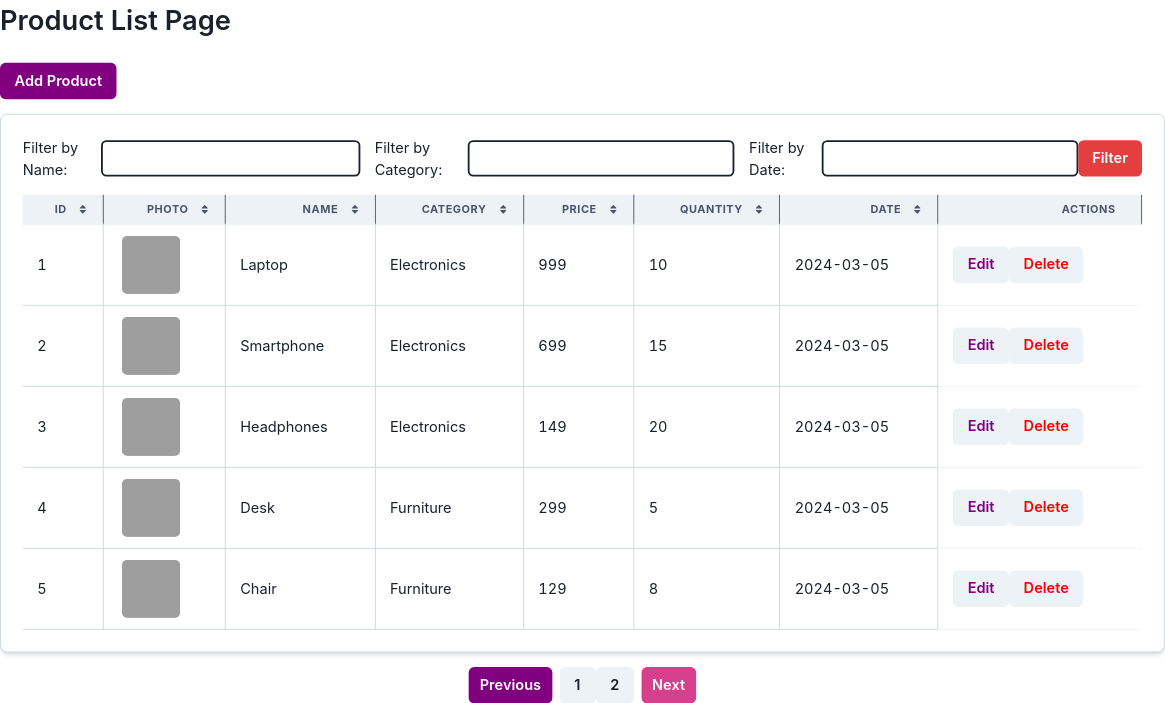
Repository: Andarg01/chakra-dashboard
Page: /
An editor plug-in stored every save of this project. The page is shown before and after a run of saves, followed by the edit.
The browser window is 1280 px wide. The pictures show the whole page, at 91% of full size.
Pictures or frames that could not be fetched are drawn as grey boxes. The project was rebuilt for these pictures with package versions that can differ from the ones it lists, and the page was loaded fresh each time. Also part of the build but not shown: src/ProductModal.tsx.

Above is the page before, as saved 2024-03-06 03:18:33.

### src/index.tsx
import React from 'react';
import ReactDOM from 'react-dom/client';
import './index.css';
import App from './App';

import { ChakraProvider } from '@chakra-ui/react';


const root = ReactDOM.createRoot(
  document.getElementById('root') as HTMLElement
);
root.render(

  <React.StrictMode>
  <ChakraProvider>
    <App />
    </ChakraProvider>
  </React.StrictMode>

);

### src/App.tsx
import React from 'react'
// import PermissionPage from './PermissionPage'
import ProductList from './ProductList'
import AnalyticsPage from './pages/AnalyticsPage'



const App = () => {
  return (
    <div>
      {/* <PermissionPage/> */}
     {/* <AnalyticsPage/> */}
      <ProductList/>

    </div>
  )
}

export default App

### src/ProductList.tsx
import React, { useState, useEffect } from 'react';
import ProductTable from './ProductTable';
import ProductModal from './ProductModal';
import { FaSort, FaSortUp, FaSortDown } from 'react-icons/fa';
import { Box, Button, Flex, Text } from '@chakra-ui/react';

interface Product {
  id: string;
  name: string;
  category: string;
  price: number;
  quantity: number;
  date: string;
  photo: string;
}

const ProductList: React.FC = () => {
  const [products, setProducts] = useState<Product[]>([

      {
        "id": "1",
        "name": "Laptop",
        "category": "Electronics",
        "price": 999,
        "quantity": 10,
        "date": "2024-03-05",
        "photo": "https://images.unsplash.com/photo-1542291026-7eec264c27ff?q=80&w=1000&auto=format&fit=crop&ixlib=rb-4.0.3&ixid=M3wxMjA3fDB8MHxzZWFyY2h8Mnx8c2hvZXN8ZW58MHx8MHx8fDA%3D"
      },
      {
        "id": "2",
        "name": "Smartphone",
        "category": "Electronics",
        "price": 699,
        "quantity": 15,
        "date": "2024-03-05",
        "photo": "https://images.unsplash.com/photo-1542291026-7eec264c27ff?q=80&w=1000&auto=format&fit=crop&ixlib=rb-4.0.3&ixid=M3wxMjA3fDB8MHxzZWFyY2h8Mnx8c2hvZXN8ZW58MHx8MHx8fDA%3D"
      },
      {
        "id": "3",
        "name": "Headphones",
        "category": "Electronics",
        "price": 149,
        "quantity": 20,
        "date": "2024-03-05",
        "photo": "https://images.unsplash.com/photo-1542291026-7eec264c27ff?q=80&w=1000&auto=format&fit=crop&ixlib=rb-4.0.3&ixid=M3wxMjA3fDB8MHxzZWFyY2h8Mnx8c2hvZXN8ZW58MHx8MHx8fDA%3D"
      },
      {
        "id": "4",
        "name": "Desk",
        "category": "Furniture",
        "price": 299,
        "quantity": 5,
        "date": "2024-03-05",
        "photo": "https://images.unsplash.com/photo-1542291026-7eec264c27ff?q=80&w=1000&auto=format&fit=crop&ixlib=rb-4.0.3&ixid=M3wxMjA3fDB8MHxzZWFyY2h8Mnx8c2hvZXN8ZW58MHx8MHx8fDA%3D"
      },
      {
        "id": "5",
        "name": "Chair",
        "category": "Furniture",
        "price": 129,
        "quantity": 8,
        "date": "2024-03-05",
        "photo": "https://images.unsplash.com/photo-1542291026-7eec264c27ff?q=80&w=1000&auto=format&fit=crop&ixlib=rb-4.0.3&ixid=M3wxMjA3fDB8MHxzZWFyY2h8Mnx8c2hvZXN8ZW58MHx8MHx8fDA%3D"
      },
      {
        "id": "6",
        "name": "Bookshelf",
        "category": "Furniture",
        "price": 199,
        "quantity": 3,
        "date": "2024-03-05",
        "photo": "bookshelf.jpg"
      },
      {
        "id": "7",
        "name": "T-shirt",
        "category": "Clothing",
        "price": 19,
        "quantity": 30,
        "date": "2024-03-05",
        "photo": "tshirt.jpg"
      },
      {
        "id": "8",
        "name": "Jeans",
        "category": "Clothing",
        "price": 49,
        "quantity": 25,
        "date": "2024-03-05",
        "photo": "jeans.jpg"
      },
      {
        "id": "9",
        "name": "Sneakers",
        "category": "Footwear",
        "price": 79,
        "quantity": 12,
        "date": "2024-03-05",
        "photo": "sneakers.jpg"
      },
      {
        "id": "10",
        "name": "Watch",
        "category": "Accessories",
        "price": 129,
        "quantity": 18,
        "date": "2024-03-05",
        "photo": "watch.jpg"
      }


  ]);

  const [deleteConfirmation, setDeleteConfirmation] = useState<string | null>(null);
  const [modalOpen, setModalOpen] = useState(false);
  const [selectedProduct, setSelectedProduct] = useState<Product | null>(null);
  const [sortedProducts, setSortedProducts] = useState<Product[]>(products);
  const [filter, setFilter] = useState({ name: '', category: '', date: '' });
  const [sortConfig, setSortConfig] = useState<{ key: keyof Product; direction: string } | null>(null);
  const [currentPage, setCurrentPage] = useState(1);
  const itemsPerPage = 5;

  useEffect(() => {
    const filtered = products.filter(
      (product) =>
        product.name.toLowerCase().includes(filter.name.toLowerCase()) &&
        product.category.toLowerCase().includes(filter.category.toLowerCase()) &&
        product.date.includes(filter.date)
    );
    setSortedProducts(filtered);
    setCurrentPage(1);
  }, [products, filter]);

  const handlePreviousPage = () => {
    if (currentPage > 1) {
      setCurrentPage(currentPage - 1);
    }
  };

  const handleNextPage = () => {
    const totalPages = Math.ceil(sortedProducts.length / itemsPerPage);
    if (currentPage < totalPages) {
      setCurrentPage(currentPage + 1);
    }
  };

  const handlePageChange = (newPage: number) => {
    setCurrentPage(newPage);
  };

  const handleSort = (field: keyof Product) => {
    let direction = 'asc';

    if (sortConfig && sortConfig.key === field && sortConfig.direction === 'asc') {
      direction = 'desc';
    }

    setSortConfig({ key: field, direction });
    const sorted = [...products].sort((a, b) => {
      if (a[field] > b[field]) return direction === 'asc' ? 1 : -1;
      if (a[field] < b[field]) return direction === 'asc' ? -1 : 1;
      return 0;
    });

    setSortedProducts(sorted);
  };

  const getSortIcon = (field: keyof Product) => {
    if (!sortConfig || sortConfig.key !== field) {
      return <FaSort />;
    }

    return sortConfig.direction === 'asc' ? <FaSortUp /> : <FaSortDown />;
  };

  const handleFilter = () => {
    const filtered = products.filter(
      (product) =>
        product.name.toLowerCase().includes(filter.name.toLowerCase()) &&
        product.category.toLowerCase().includes(filter.category.toLowerCase()) &&
        product.date.includes(filter.date)
    );
    setSortedProducts(filtered);
    setCurrentPage(1);
  };

  const handleDelete = (id: string) => {
    setDeleteConfirmation(id);
  };

  const handleEdit = (editedProduct: Product) => {
    const updatedProducts = products.map((product) =>
      product.id === editedProduct.id ? editedProduct : product
    );
    setProducts(updatedProducts);
  };

  const handleAdd = (newProduct: Product) => {
    const id = (products.length + 1).toString();
    const updatedProducts = [...products, { ...newProduct, id }];
    setProducts(updatedProducts);
  };

  const startIndex = (currentPage - 1) * itemsPerPage;
  const endIndex = startIndex + itemsPerPage;
  const currentItems = sortedProducts.slice(startIndex, endIndex);
  const totalPages = Math.ceil(sortedProducts.length / itemsPerPage);

  return (
    <Box className="container mx-auto p-6 block">
      <Text fontSize="3xl" fontWeight="semibold" mb="6">
        Product List Page
      </Text>

      <Button
        onClick={() => {
          setSelectedProduct({
            id: (products.length + 1).toString(),
            name: '',
            category: '',
            price: 0,
            quantity: 0,
            date: '',
            photo: '',
          });
          setModalOpen(true);
        }}
        bgColor="purple"
        color="white"
        rounded="md"
        px="4"
        py="2"
        mb="4"
        _hover={{ m: '2' }}
      >
        Add Product
      </Button>

      <ProductTable
        products={currentItems}
        onDelete={handleDelete}
        onEdit={handleEdit}
        currentPage={currentPage}
        totalPages={totalPages}
        onPreviousPage={handlePreviousPage}
        onNextPage={handleNextPage}
        onSort={handleSort}
        getSortIcon={getSortIcon}
        onFilter={handleFilter}
      />

      <Flex justify="center" align="center" mt="4">
        <Button
          onClick={handlePreviousPage}
          disabled={currentPage === 1}
          bgColor="purple"
          color="white"
          px="3"
          py="1"
          rounded="md"
          mr="2"
          _hover={{ m: '2' }}
        >
          Previous
        </Button>
        {Array.from({ length: totalPages }, (_, index) => (
          <Button
            key={index}
            onClick={() => handlePageChange(index + 1)}
            className={`px-3 py-2 mx-1 rounded-md ${
              currentPage === index + 1 ? 'bg-gray-500 text-white' : 'bg-gray-200'
            }`}
          >
            {index + 1}
          </Button>
        ))}
        <Button
          onClick={handleNextPage}
          disabled={currentPage === totalPages}
          bgColor="pink.500"
          color="white"
          px="3"
          py="1"
          rounded="md"
          ml="2"
          _hover={{ m: '2' }}
        >
          Next
        </Button>
      </Flex>

      {deleteConfirmation && (
  <Box
    className="fixed top-0 left-0 w-full h-full bg-gray-800 bg-opacity-75 flex items-center justify-center"
  >
    <Box className="bg-white p-6 rounded-md w-96">
      <Text>{`Are you sure you want to delete product with ID: ${deleteConfirmation}?`}</Text>
      <Button
        onClick={() => {
          const updatedProducts = products.filter(
            (product) => product.id !== deleteConfirmation
          );
          setProducts(updatedProducts);
          setDeleteConfirmation(null);
        }}
        className="yes px-4 py-2 rounded-md mr-2 bg-pink-500 hover:bg-red-700"
        colorScheme='purple'
      >
        Yes
      </Button>
      <Button
        onClick={() => setDeleteConfirmation(null)} colorScheme='pink'
        className="cancel px-4 py-2 rounded-md hover:bg-gray-400 "
      >
        Cancel
      </Button>
    </Box>
  </Box>
)}



      {modalOpen && (
        <ProductModal
          product={selectedProduct}
          onClose={() => {
            setModalOpen(false);
            setSelectedProduct(null);
          }}
          onSave={(editedProduct) => {
            if (selectedProduct) {
              handleEdit(editedProduct);
            } else {
              handleAdd(editedProduct);
            }
            setModalOpen(false);
            setSelectedProduct(null);
          }}
        />
      )}
    </Box>
  );
};

export default ProductList;

### src/pages/AnalyticsPage.tsx
import React from 'react';
import { Line, Bar } from 'react-chartjs-2';
import { Flex, Box, Heading } from '@chakra-ui/react';

const AnalyticsPage = () => {
    const customerReviewData = {
        labels: ['Jan', 'Feb', 'Mar', 'Apr', 'May', 'Jun', 'Jul', 'Aug', 'Sep', 'Oct', 'Nov', 'Dec'],
        datasets: [
            {
                label: 'Customer Reviews',
                data: [5, 70, 100, 8, 12, 15, 98, 78, 5, 56, 37, 99],
                borderColor: '#37305A',
                borderWidth: 2,
                fill: false,
            },
        ],
    };

    const ordersData = {
        labels: ['Jan', 'Feb', 'Mar', 'Apr', 'May', 'Jun', 'Jul', 'Aug', 'Sep', 'Oct', 'Nov', 'Dec'],
        datasets: [
            {
                label: 'Orders',
                data: [20, 25, 18, 30, 22, 28, 40, 50, 30, 70, 80, 34],
                backgroundColor: '#F26A8D',
                borderColor: '#37305A',
                borderWidth: 2,
            },
        ],
    };

    const productsData = {
        labels: ['Category 1', 'Category 2', 'Category 3', 'Category 4', 'Category 5', 'Category 6', 'Category 7', 'Category 8', 'Category 9', 'Category 10'],
        datasets: [
            {
                label: 'Products',
                data: [50, 75, 60, 45, 80, 90, 50, 70, 30, 90],
                backgroundColor: '#37305A',
                borderColor: '#37305A',
                borderWidth: 2,
            },
        ],
    };

    return (
        <Flex flexDirection="column" alignItems="center" mt="8">
            <Heading as="h1" fontSize="2xl" mb="8">Analytics page</Heading>

            <Flex flexWrap="wrap" justifyContent="center" gap="8" mb="20">
                <Box p="4" rounded="lg" shadow="lg" flex="1" mr="4" bg="#37305F" color="#fff">
                    <Heading as="h2" fontSize="xl" fontWeight="bold" mb="4">Total Sales</Heading>
                    <Box fontSize="4xl" fontWeight="bold">$12,345</Box>
                </Box>

                <Box p="4" rounded="lg" shadow="lg" flex="1" mr="4" bg="#F26A8D" color="black">
                    <Heading as="h2" fontSize="xl" fontWeight="bold" mb="4">Total Revenue</Heading>
                    <Box fontSize="4xl" fontWeight="bold">$9,876</Box>
                </Box>

                <Box p="4" rounded="lg" shadow="lg" flex="1" mr="4" bg="#37305F" color="#fff">
                    <Heading as="h2" fontSize="xl" fontWeight="bold" mb="4">Total Products</Heading>
                    <Box fontSize="4xl" fontWeight="bold">310</Box>
                </Box>

                <Box p="4" rounded="lg" shadow="lg" flex="1" bg="#F26A8D" color="black">
                    <Heading as="h2" fontSize="xl" fontWeight="bold" mb="4">Total Orders</Heading>
                    <Box fontSize="4xl" fontWeight="bold">98</Box>
                </Box>
            </Flex>

            <Flex justifyContent="center" mb="8">
                <Flex flexWrap="wrap" gap="8">
                    <Box maxW="350px" p="4" rounded="lg" shadow="lg" bg="white">
                        <Heading as="h2" fontSize="xl" fontWeight="bold" mb="4">Customer Reviews</Heading>
                        <Line data={customerReviewData} />
                    </Box>

                    <Box maxW="350px" p="4" rounded="lg" shadow="lg" bg="white">
                        <Heading as="h2" fontSize="xl" fontWeight="bold" mb="4">Orders</Heading>
                        <Bar data={ordersData} />
                    </Box>

                    <Box maxW="350px" p="4" rounded="lg" shadow="lg" bg="white">
                        <Heading as="h2" fontSize="xl" fontWeight="bold" mb="4">Products</Heading>
                        <Bar data={productsData} />
                    </Box>
                </Flex>
            </Flex>
        </Flex>
    );
};

export default AnalyticsPage;

Loaded but not shown: public/index.html (common file); src/index.css (common file); src/ProductTable.tsx (349 lines, source omitted)

After the next 2 saves:
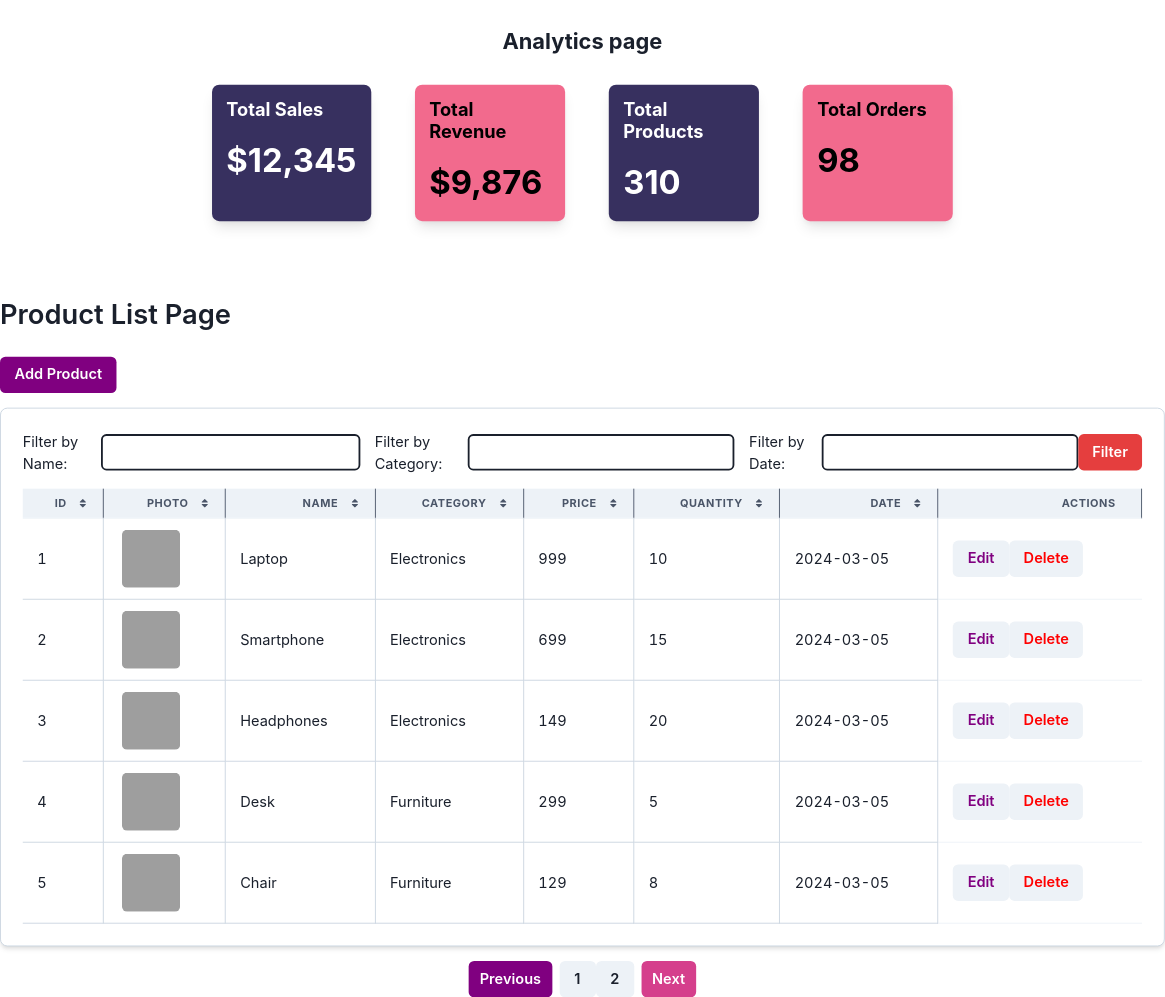
The 2 saves are shown as one change because 1 did not build or start.
The last was saved 15 min 9 s later.
--- a/src/App.tsx
+++ b/src/App.tsx
@@ -9,7 +9,7 @@ const App = () => {
   return (
     <div>
       {/* <PermissionPage/> */}
-     {/* <AnalyticsPage/> */}
+     <AnalyticsPage/>
       <ProductList/>
 
     </div>
--- a/src/pages/AnalyticsPage.tsx
+++ b/src/pages/AnalyticsPage.tsx
@@ -68,7 +68,7 @@ const AnalyticsPage = () => {
                 </Box>
             </Flex>
 
-            <Flex justifyContent="center" mb="8">
+            {/* <Flex justifyContent="center" mb="8">
                 <Flex flexWrap="wrap" gap="8">
                     <Box maxW="350px" p="4" rounded="lg" shadow="lg" bg="white">
                         <Heading as="h2" fontSize="xl" fontWeight="bold" mb="4">Customer Reviews</Heading>
@@ -85,7 +85,7 @@ const AnalyticsPage = () => {
                         <Bar data={productsData} />
                     </Box>
                 </Flex>
-            </Flex>
+            </Flex> */}
         </Flex>
     );
 };
